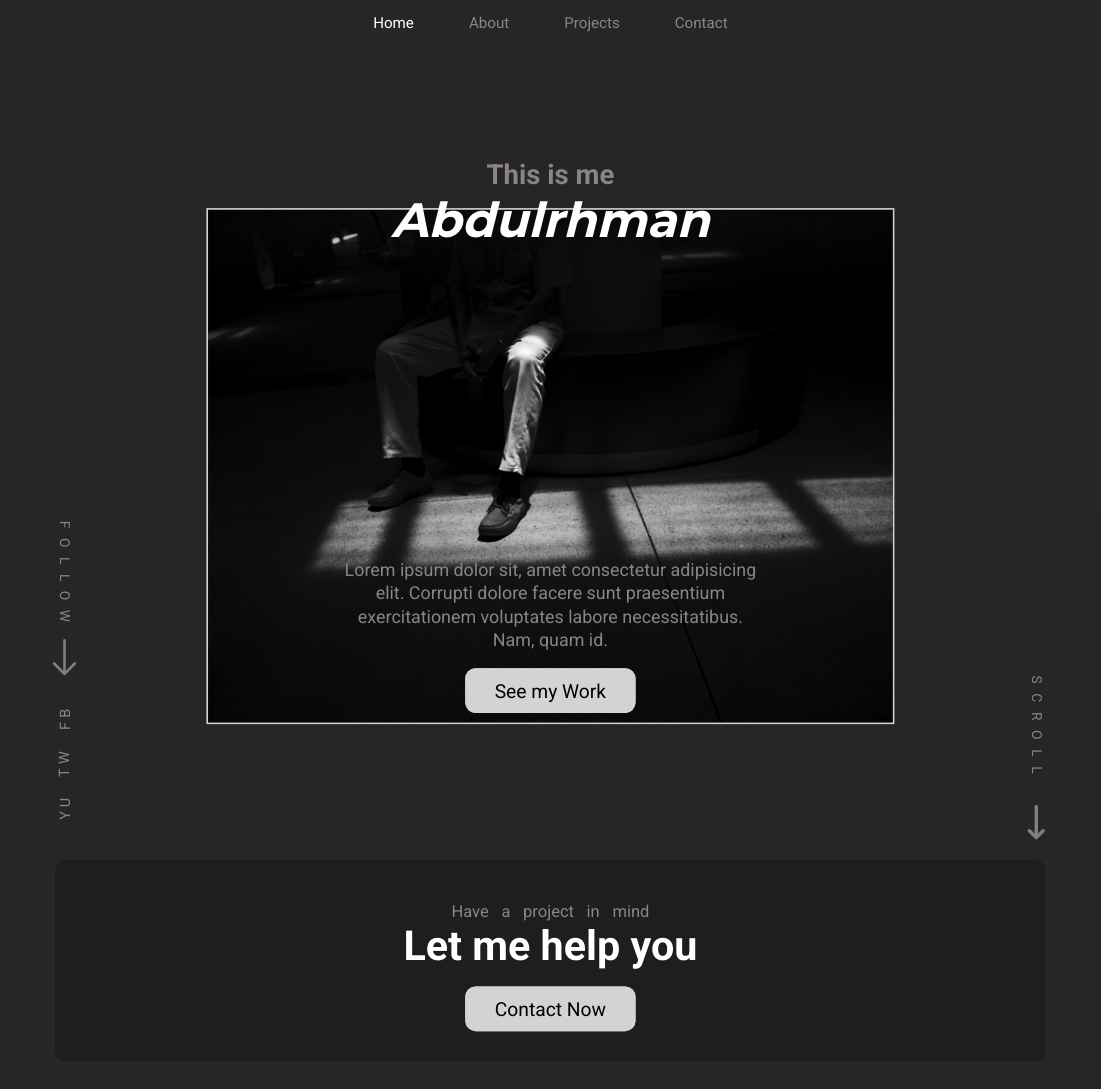
Repository: Abdoulrhman-altyeb/React-Typescript
Page: /
An editor plug-in stored every save of this project. The page is shown before and after the next save, followed by the edit.
The browser window is 1280 px wide. The pictures show the whole page, at 86% of full size.
The project was rebuilt for these pictures with package versions that can differ from the ones it lists, and the page was loaded fresh each time. Also part of the build but not shown: src/Pages/Contact.tsx, src/Pages/About.tsx, src/Pages/Projects.tsx.

Above is the page before, as saved 2021-05-18 16:13:35.

After the next save:
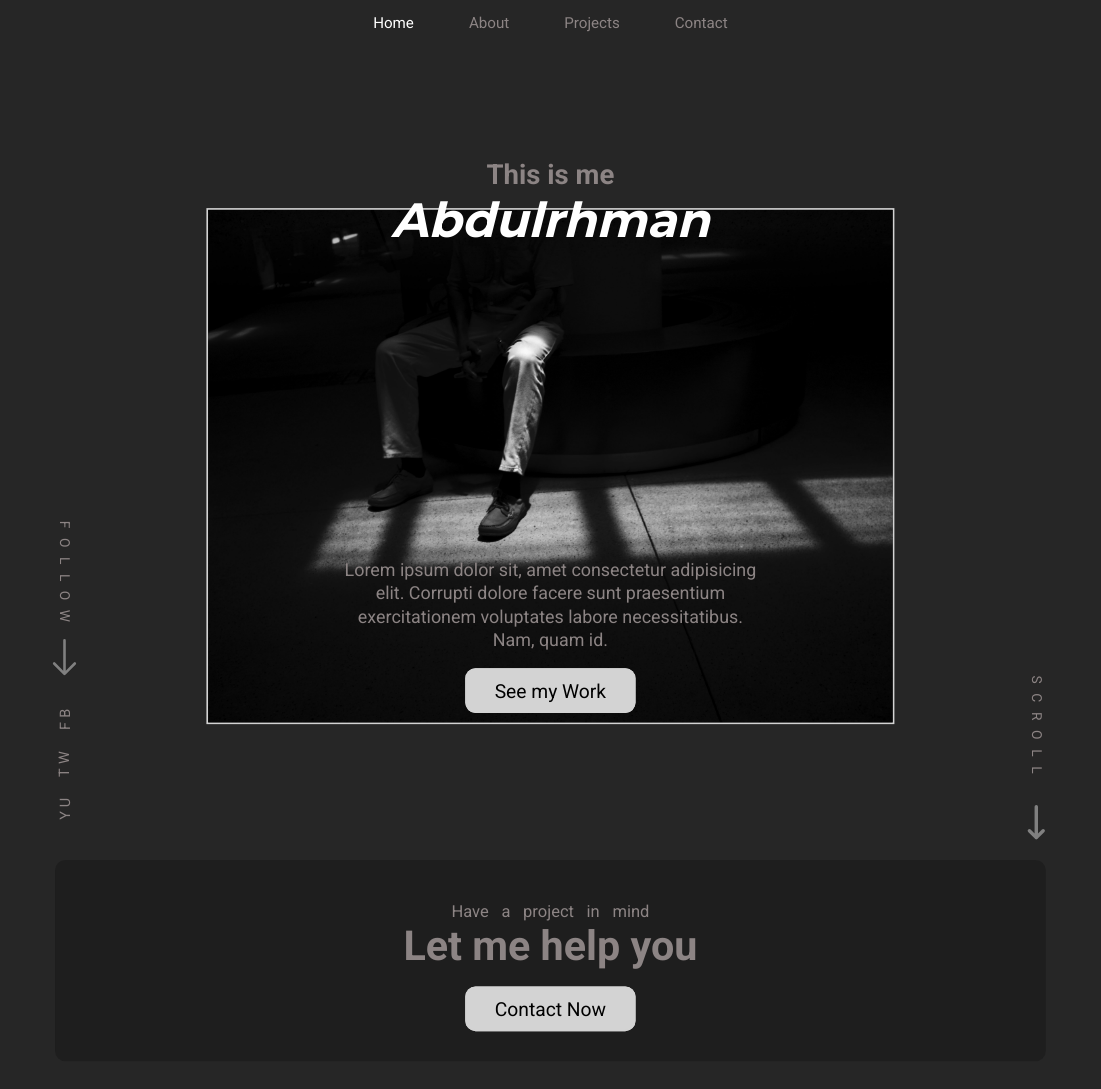
Saved 5 s later.
--- a/src/assits/styles/style.css
+++ b/src/assits/styles/style.css
@@ -26,7 +26,7 @@ img,svg{
 ul {
     list-style: none;
 }
-p, h1, span {
+p, h1, span,h3 {
     color:#8c8484
 }
 a {
